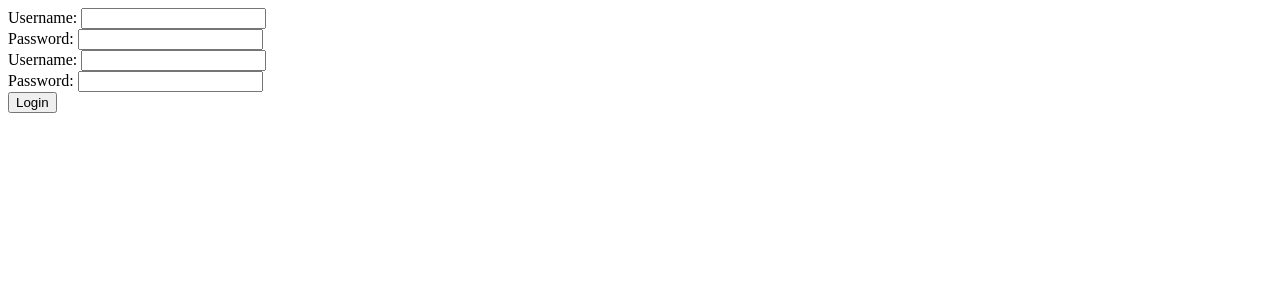
Repository: hati2002/Advance-JAva
Page: Form/src/main/webapp/index.html
These files come from the project's save history. The page is drawn as it stood at one moment and after the next save; the edit follows.
The browser window is 1280 px wide. The pictures show the whole page.

Above is the page before, as saved 2022-12-26 11:53:30.

### Form/src/main/webapp/index.html
<!DOCTYPE html>
<html>
<head>
<meta charset="ISO-8859-1">
<title>Insert title here</title>
</head>
<body>
<form name="loginForm" method="post" action="Loginform">
    Username: <input type="text" name="username"/> <br/>
    Password: <input type="password" name="password"/> <br/>
    Username: <input type="text" name="username"/> <br>
    Password: <input type="password" name="password"/> <br>
    <input type="submit" value="Login" />
</form>
</body>
</html>

After the next save:
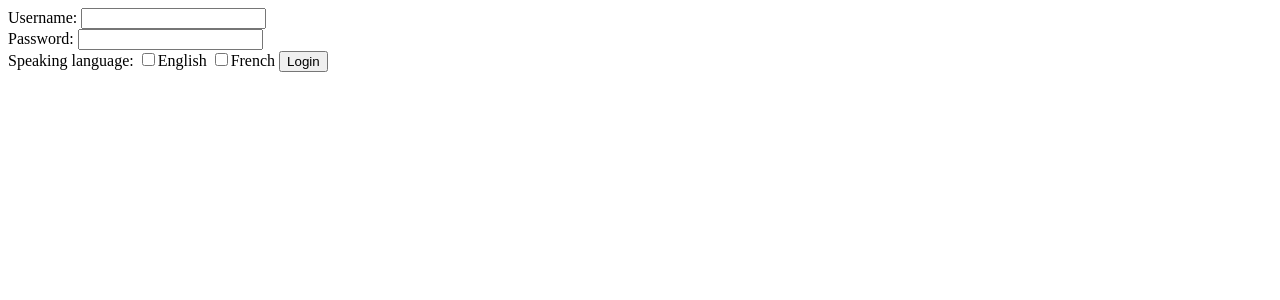
Saved 70 s later.
--- a/Form/src/main/webapp/index.html
+++ b/Form/src/main/webapp/index.html
@@ -8,8 +8,9 @@
 <form name="loginForm" method="post" action="Loginform">
     Username: <input type="text" name="username"/> <br/>
     Password: <input type="password" name="password"/> <br/>
-    Username: <input type="text" name="username"/> <br>
-    Password: <input type="password" name="password"/> <br>
+    Speaking language:
+<input type="checkbox" name="language" value="english" />English
+<input type="checkbox" name="language" value="french" />French
     <input type="submit" value="Login" />
 </form>
 </body>
